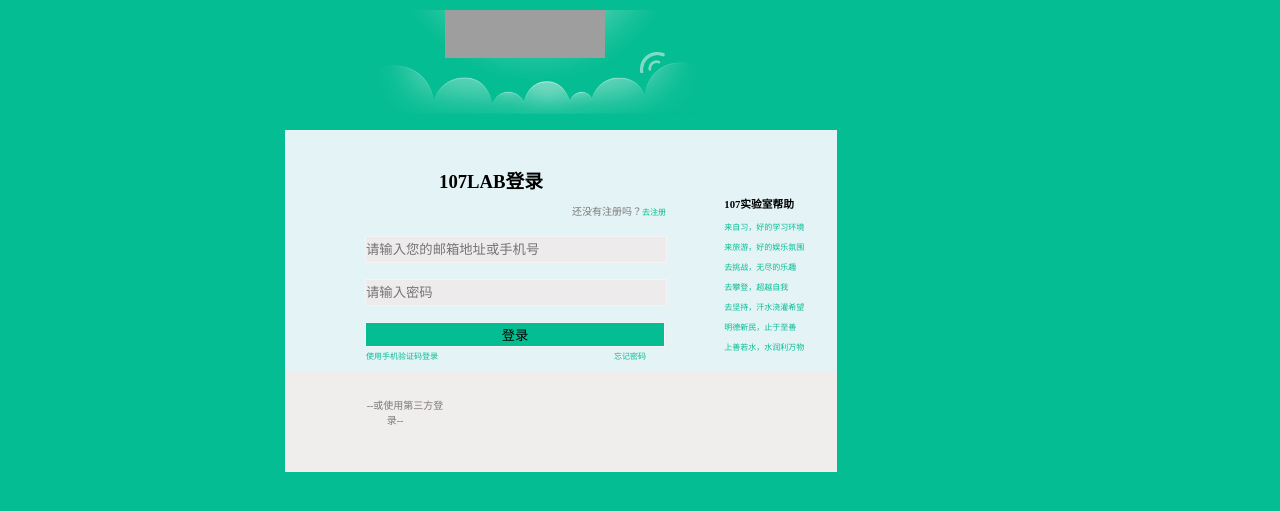
Repository: zz-yy/2023_homework
Page: 第一次考核作业/mazehua/index.html
An editor plug-in stored every save of this project. The page is shown before and after the next save, followed by the edit.
The browser window is 1280 px wide. The pictures show the whole page.
Pictures or frames that could not be fetched are drawn as grey boxes.

Above is the page before, as saved 2024-04-05 15:04:38.

After the next save:
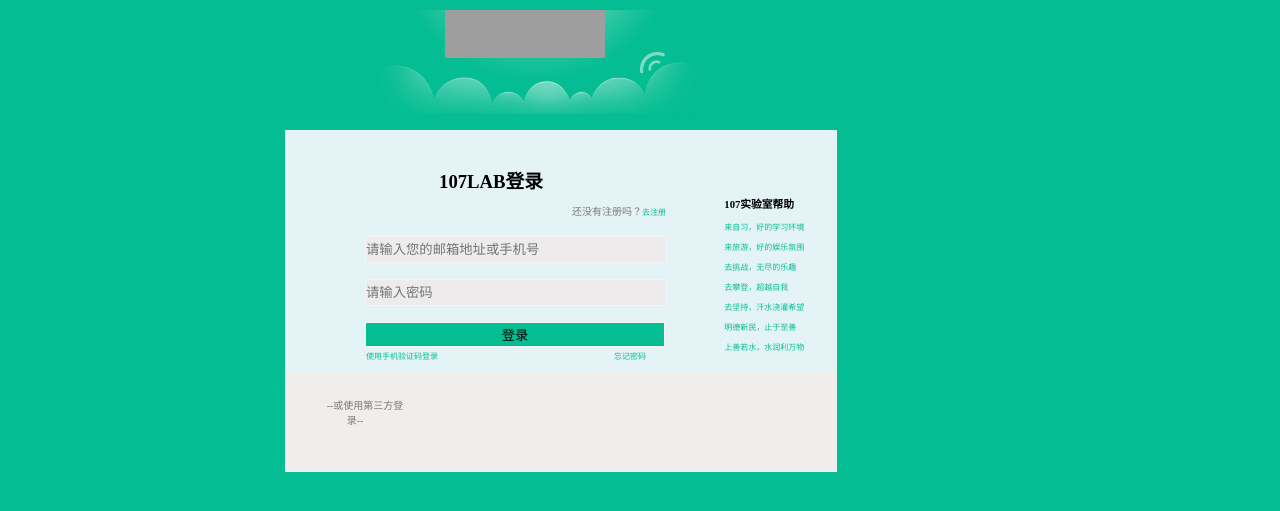
Saved 23 s later.
--- a/第一次考核作业/mazehua/index.css
+++ b/第一次考核作业/mazehua/index.css
@@ -168,7 +168,7 @@ input {
     margin: 10px 2.5px;
 }
 .third-left li{
-
+    w
     margin: 10px 50px;
 
 }
